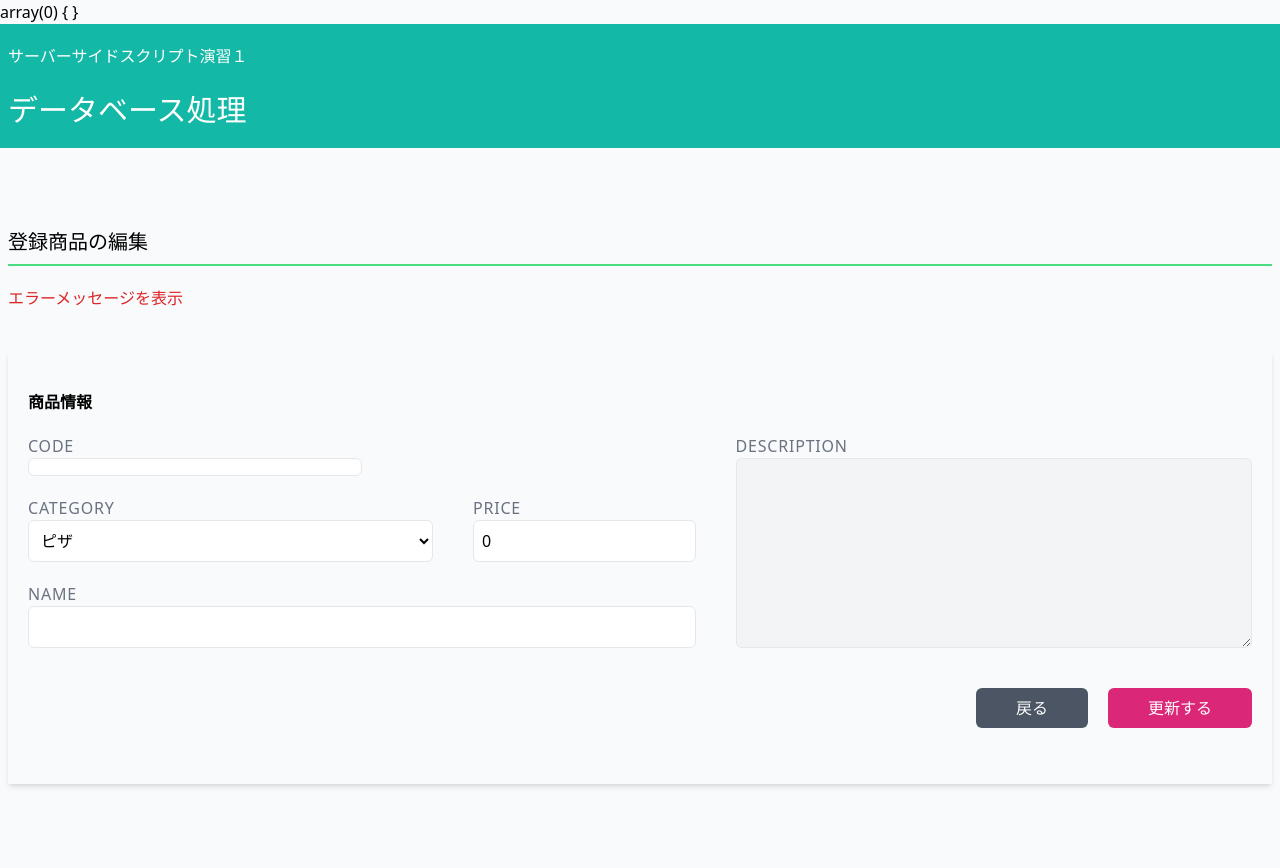
Repository: OkadaMiki/php1
Page: http://localhost/kadai09_1.php
These files come from the project's save history. The page is drawn as it stood at one moment and after the next save; the edit follows.
The browser window is 1280 px wide. The pictures show the whole page.
Some web libraries are served in a nearby version. The page is run by PHP 8.4 with error messages shown; the project is at /var/www/html/. The database holds what the project's SQL file puts in it.

Above is the page before, as saved 2024-07-11 14:28:23.

After the next save:
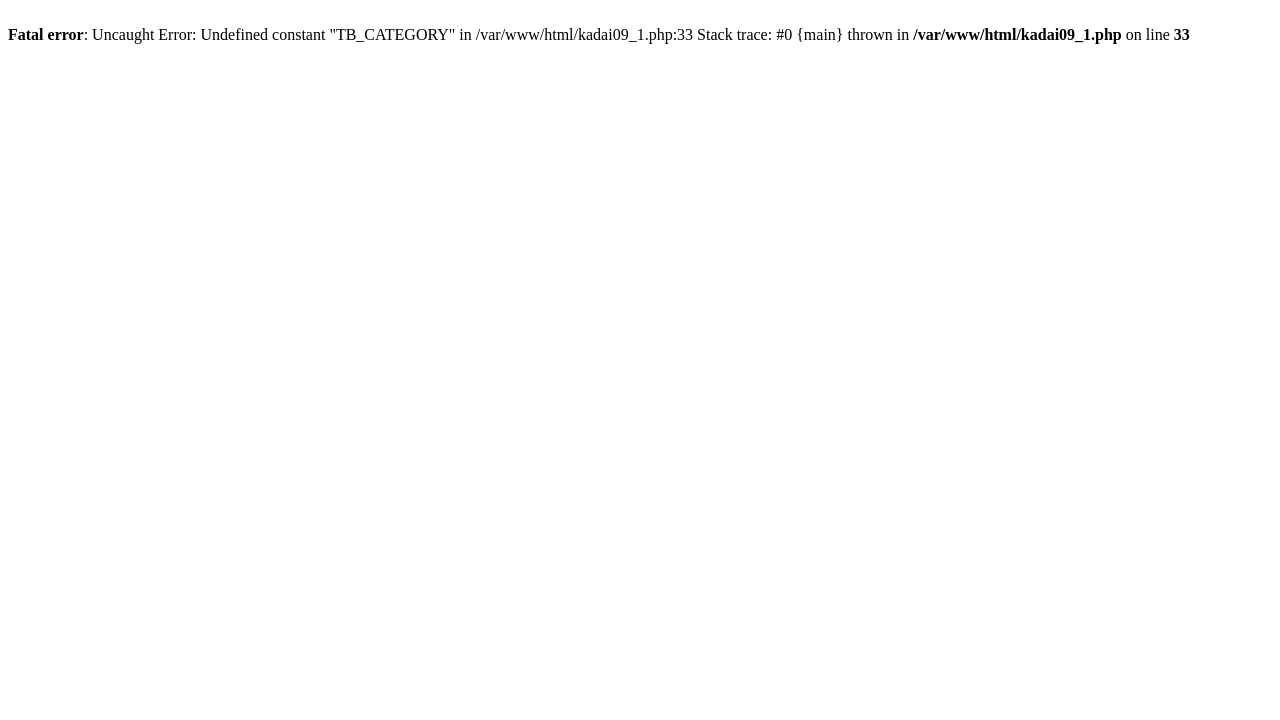
Saved 12 min 11 s later.
--- a/kadai09_1.php
+++ b/kadai09_1.php
@@ -3,24 +3,13 @@
 require_once __DIR__ . "/config.php";
 require_once __DIR__ . "/utility.php";
 
-$db = new mysqli(DB_HOST, DB_USER, DB_PASS, DB_NAME);
+$message = "";
 
-// セッションの開始
-session_start();
-var_dump($_SESSION);
+$productCode = filter_input(INPUT_GET, "product_code");
 
-$request = [
-  "product_code" => "",
-  "name" => "",
-  "price" => 0,
-  "category" => 1,
-];
-
-if (!empty($_SESSION["request"])) {
-  $request = $_SESSION["request"];
-}
 
 try {
+  $db = new mysqli(DB_HOST, DB_USER, DB_PASS, DB_NAME);
   // DBへの接続をチェック
   if ($db->connect_error) {
     throw new Exception("DB Connect Error");
@@ -29,40 +18,29 @@ try {
   // DBとのデータの送受信で使用する文字のエンコードの指定
   $db->set_charset("utf8");
 
-  // 2. SQLの準備
-  // var_dump($_GET);
-  // emptyは空っぽかどうか 空っぽでtrue
-  // if (!empty($_GET["category"])) {
-  //   $categoryId = $_GET["category"];
-  // } else {
-  //   $categoryId = 0;
-  // }
-  $categoryId = filter_input(INPUT_GET, "category");
+  $table = TB_PRODUCT;
+  $sql = "SELECT * FROM {$table} WHERE code = ?";
+  $stmt = $db->prepare($sql);
+  $stmt->bind_param("s", $productCode);
+  $stmt->execute();
 
-  $where = "";
-  if ($categoryId) {
-    $where = "WHERE category_id = {$categoryId}";
-  }
-  $sql = "SELECT * FROM php1_products {$where}";
+  $result = $stmt->get_result();
 
-  // SQLの実行
-  if (!$result = $db->query($sql)) {
-    throw new Exception("SQL Query Error >> {$sql}");
-  }
+  $product = $result->fetch_object();
 
-  while ($row = $result->fetch_object()) {
-    $products[] = $row;
-  }
-  // var_dump($products);
+  $stmt->close();
 
-  // すべてのカテゴリーレコードを取得するSQL
-  $sql = "SELECT * FROM php1_categories";
-  // SQLの実行
-  $result = $db->query($sql);
+  $table = TB_CATEGORY;
+  $sql = "SELECT * FROM {$table}";
+  $stmt = $db->prepare($sql);
+  $stmt->execute();
+
+  $result = $stmt->get_result();
+
+  $categories = [];
   while ($row = $result->fetch_object()) {
     $categories[] = $row;
   }
-  // var_dump($categories);
 
   $db->close();
 } catch (Exception $error) {
